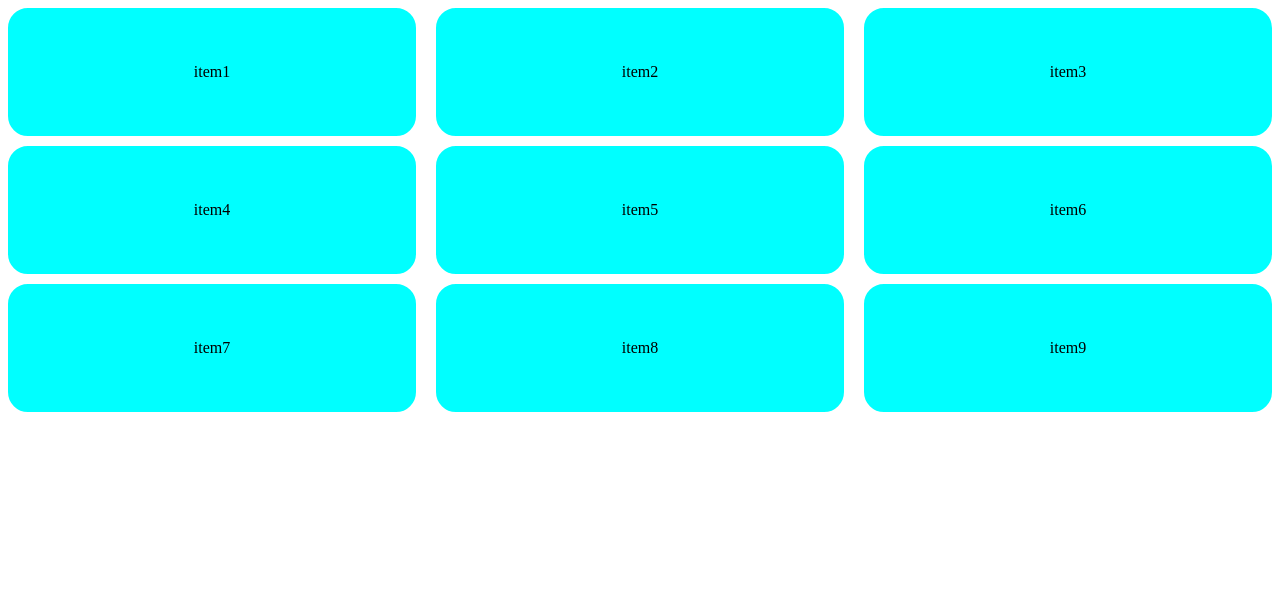
Repository: Pema-yangki/Css
Page: col.html
The author's editor kept a copy of each file at every save. The page is drawn from the files as they stood at one save, then again after the next save.
The browser window is 1280 px wide. The pictures show the whole page.

Above is the page before, as saved 2024-04-05 14:45:37.

After the next save:
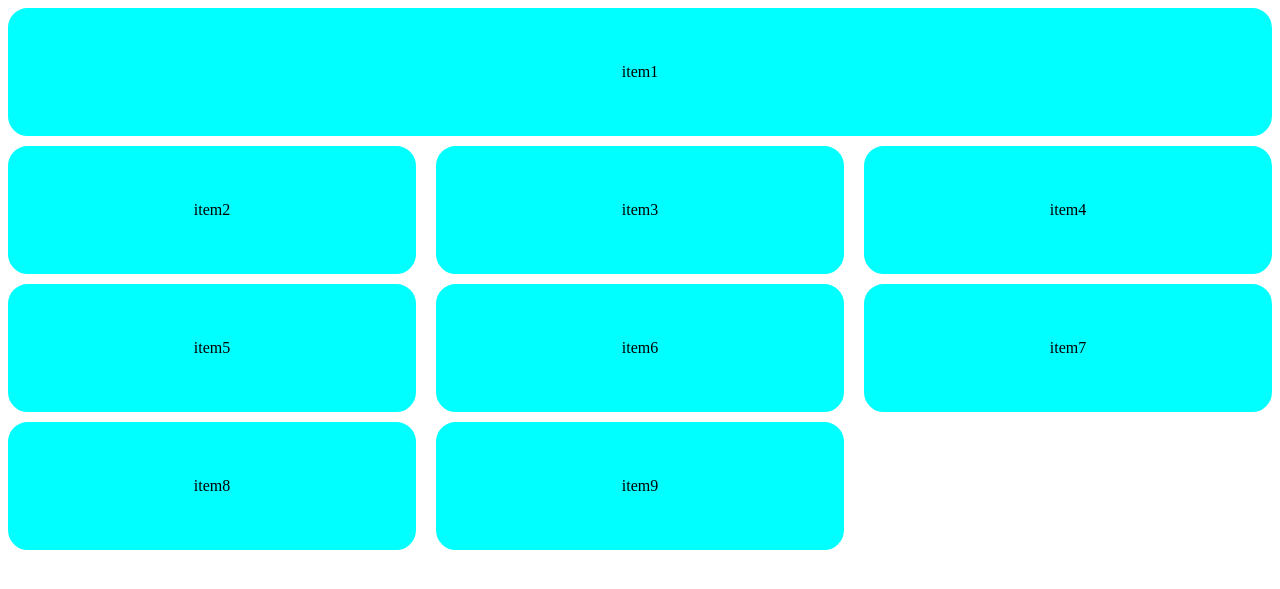
Saved 7 s later.
--- a/col.html
+++ b/col.html
@@ -25,7 +25,7 @@
         }
         .item1{
             /* grid-area: 1/1/span 2/span 2; */
-            grid-column: 1;
+            grid-column: 1/ span 3;
         }
 
         .item2{

After the save that followed:
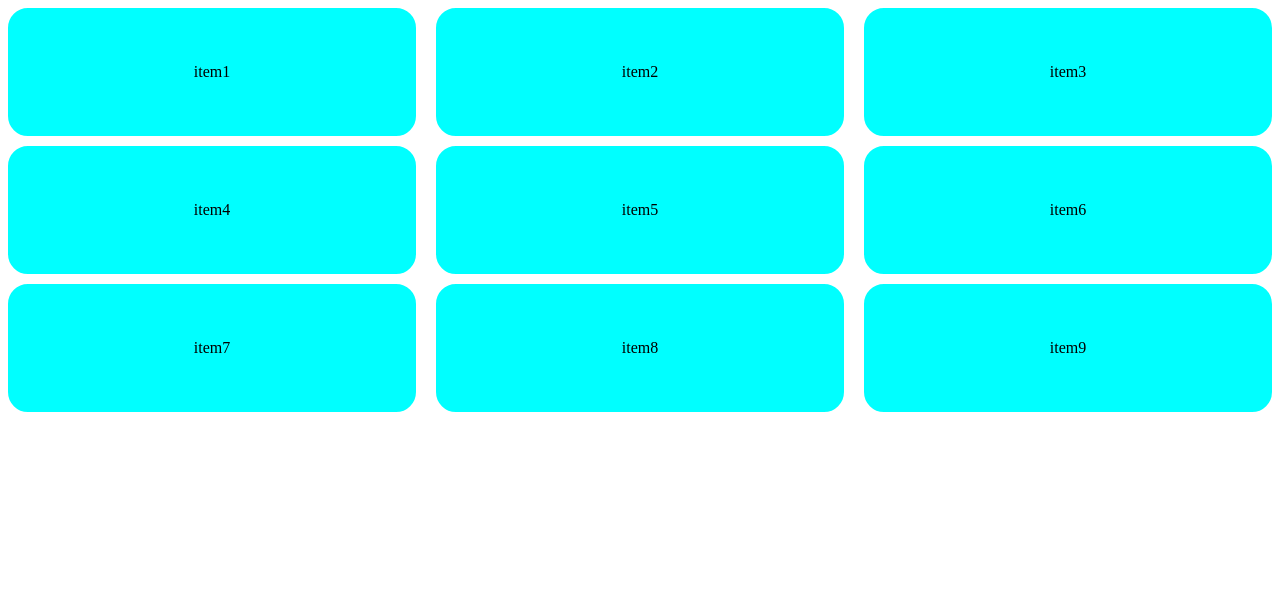
Saved 85 s later.
--- a/col.html
+++ b/col.html
@@ -25,7 +25,7 @@
         }
         .item1{
             /* grid-area: 1/1/span 2/span 2; */
-            grid-column: 1/ span 3;
+            grid-: 1/ span 3;
         }
 
         .item2{
